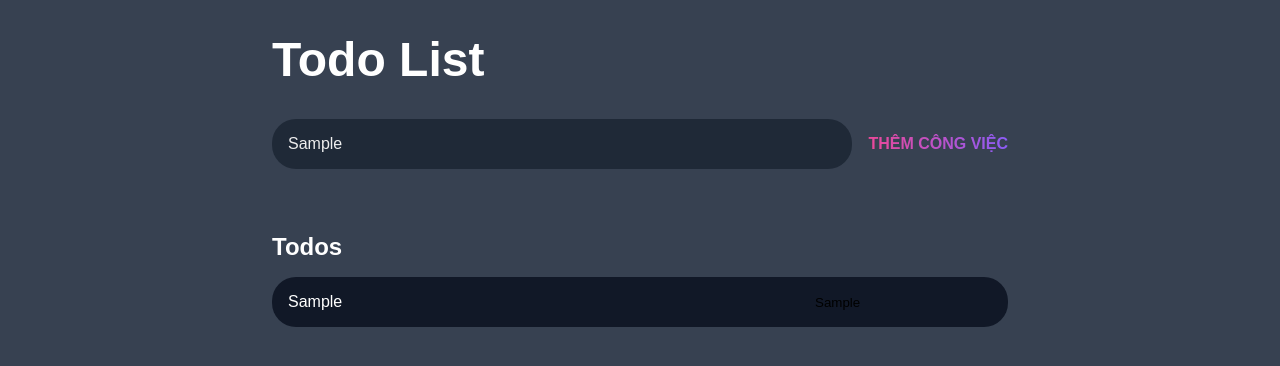
Repository: ntheanh/Todo-List
Page: index.html
An editor plug-in stored every save of this project. The page is shown before and after the next save, followed by the edit.
The browser window is 1280 px wide. The pictures show the whole page.
Empty fields were first filled with sample values (such as "Sample", 5 or name@example.com).
After loading, the first visible `#new-todo-form` was submitted once.
The style sheet was rebuilt from its Sass, Less or Tailwind sources for each picture, by a compiler version that may differ from the author's.

Above is the page before, as saved 2023-03-16 14:00:14.

After the next save:
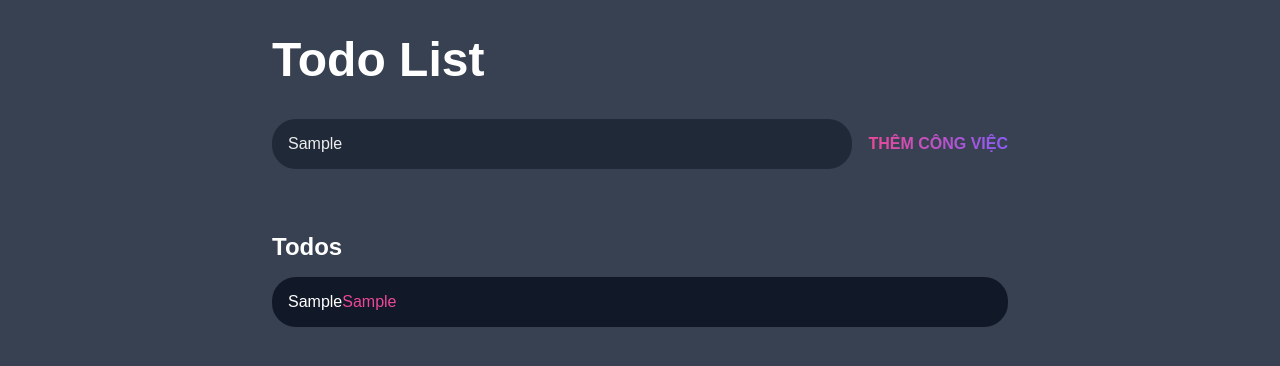
Saved 5 s later.
--- a/app.js
+++ b/app.js
@@ -26,7 +26,7 @@ window.addEventListener("load", () => {
     todo_input.value = todo;
     todo_input.setAttribute = ("readonly", "readonly");
 
-    todo_el.appendChild(todo_input);
+    todo_content.appendChild(todo_input);
 
     const todo_actions = document.createElement("div");
     todo_actions.classList.add("actions");
